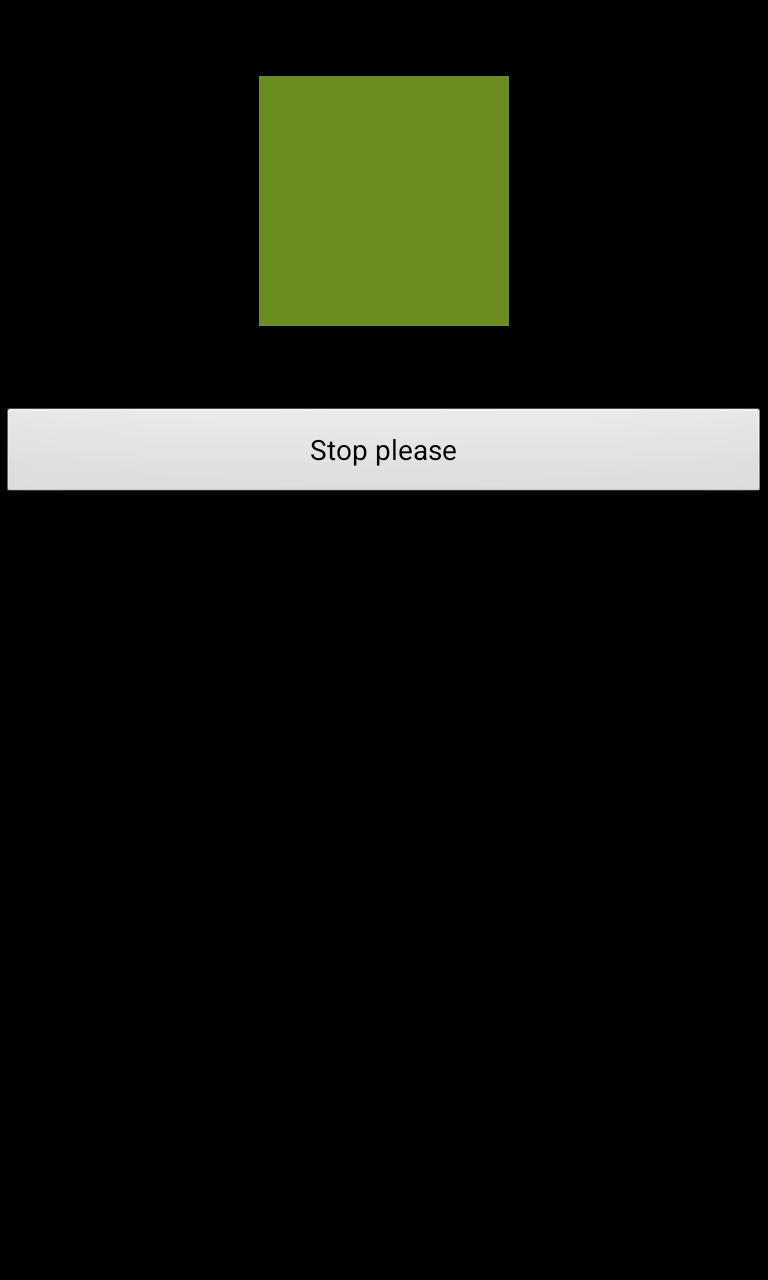
Repository: L8/open_robot
Layout: Android/TouchRobot/res/layout/be_robot_main.xml
An editor plug-in stored every save of this project. The layout is shown before and after the next save, followed by the edit.
It is drawn on a 768 x 1280 px phone screen (xhdpi) without system bars, with theme android:Theme; the app's code is not run.

Above is the layout before, as saved 2010-10-19 06:01:48.

### Android/TouchRobot/res/layout/be_robot_main.xml
<?xml version="1.0" encoding="utf-8"?>

<LinearLayout xmlns:android="http://schemas.android.com/apk/res/android"
    android:orientation="vertical"
    android:layout_width="fill_parent"
    android:layout_height="fill_parent"
    android:gravity="center_horizontal"

    >


    <TextView  android:id="@+id/x_position_textview"
        android:layout_width="fill_parent"
        android:layout_height="wrap_content"

        android:gravity="center_horizontal"
        android:paddingRight="25px"
   		android:paddingLeft="25px"
        />

    <TextView   android:id="@+id/y_position_textview"
        android:layout_width="fill_parent"
        android:layout_height="wrap_content"

        android:gravity="center_horizontal"
        android:paddingRight="25px"
   		android:paddingLeft="25px"
        />



    <FrameLayout android:id="@+id/main_view"
  		xmlns:android="http://schemas.android.com/apk/res/android"
  		android:background="#6B8E23"
  		android:gravity="center_vertical"
  		android:layout_width="250px"
  		android:layout_height="250px"/>

  	<FrameLayout android:id="@+id/spacer_view"
  		xmlns:android="http://schemas.android.com/apk/res/android"
  		android:background="#FF000000"
  		android:gravity="center_vertical"
  		android:layout_width="15px"
  		android:layout_height="80px"
  		android:visibility="invisible"/>

  	<Button android:id="@+id/kill_button"
    android:layout_width="fill_parent"
    android:layout_height="wrap_content"
    android:layout_alignParentBottom="true"
    android:text="Stop please" />

</LinearLayout>

After the next save:
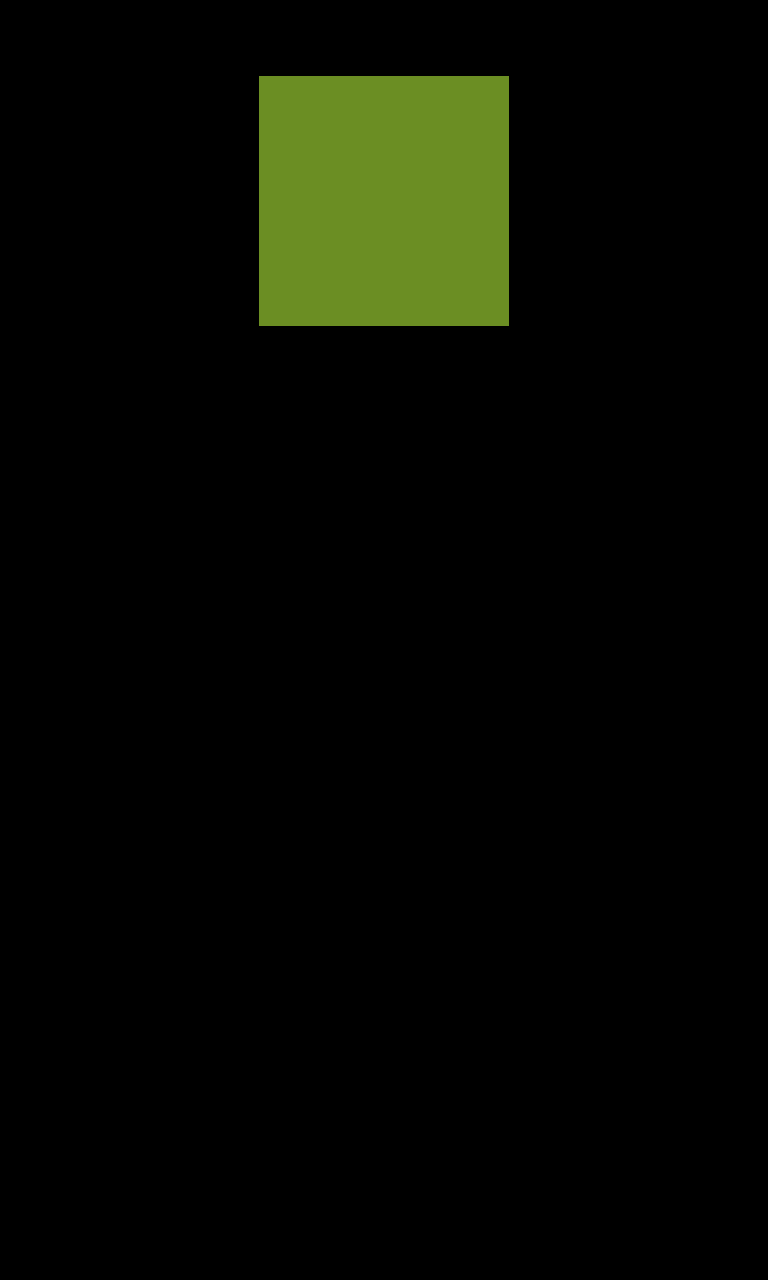
Saved 10 min 49 s later.
--- a/Android/TouchRobot/res/layout/be_robot_main.xml
+++ b/Android/TouchRobot/res/layout/be_robot_main.xml
@@ -44,10 +44,4 @@
   		android:layout_height="80px"
   		android:visibility="invisible"/>
 
-  	<Button android:id="@+id/kill_button"
-    android:layout_width="fill_parent"
-    android:layout_height="wrap_content"
-    android:layout_alignParentBottom="true"
-    android:text="Stop please" />
-
 </LinearLayout>
